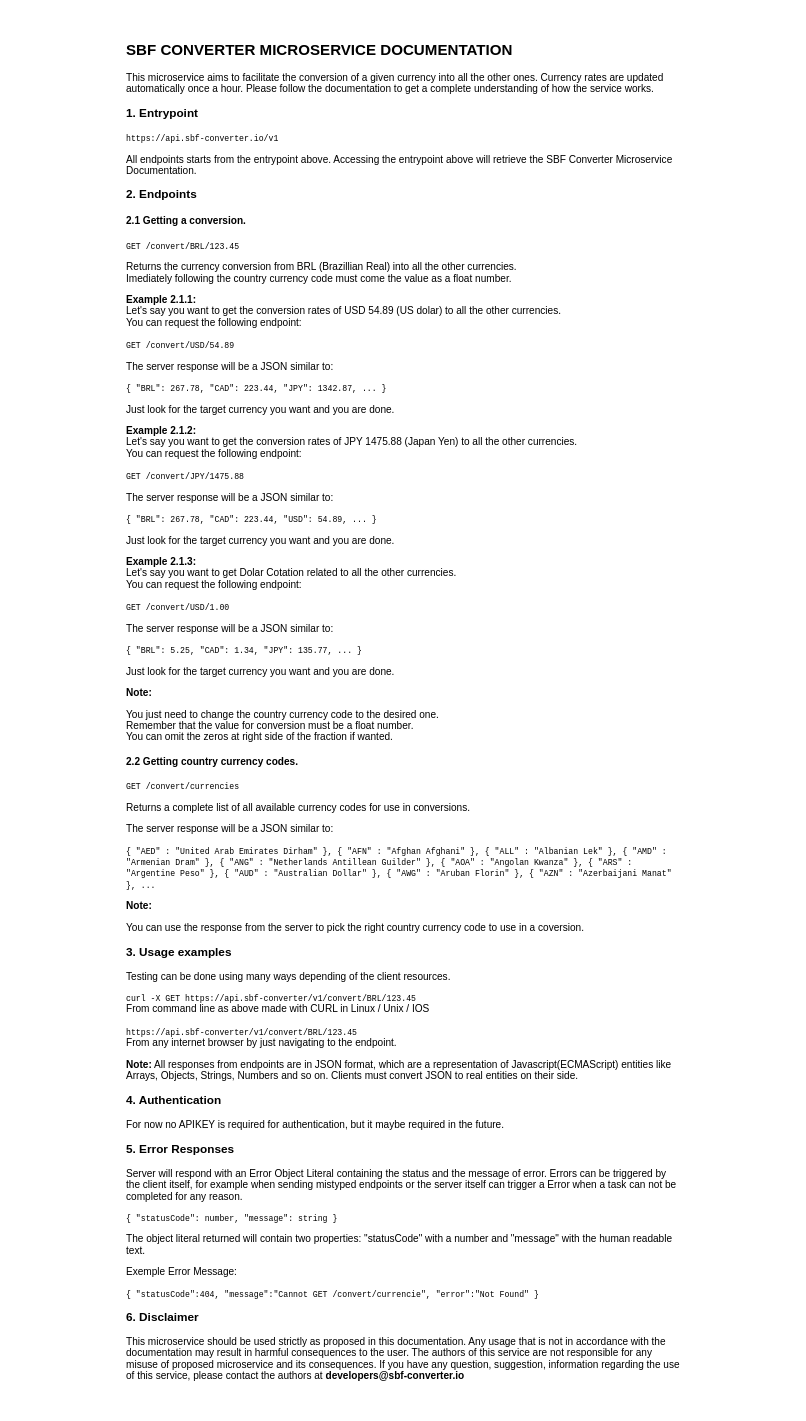
Repository: miguelamello/nestjs-restful-api
Page: documentation.html
The author's editor kept a copy of each file at every save. The page is drawn from the files as they stood at one save, then again after the next save.
The browser window is 1280 px wide. The pictures show the whole page, at 63% of full size.

Above is the page before, as saved 2023-03-23 11:48:58.

After the next save:
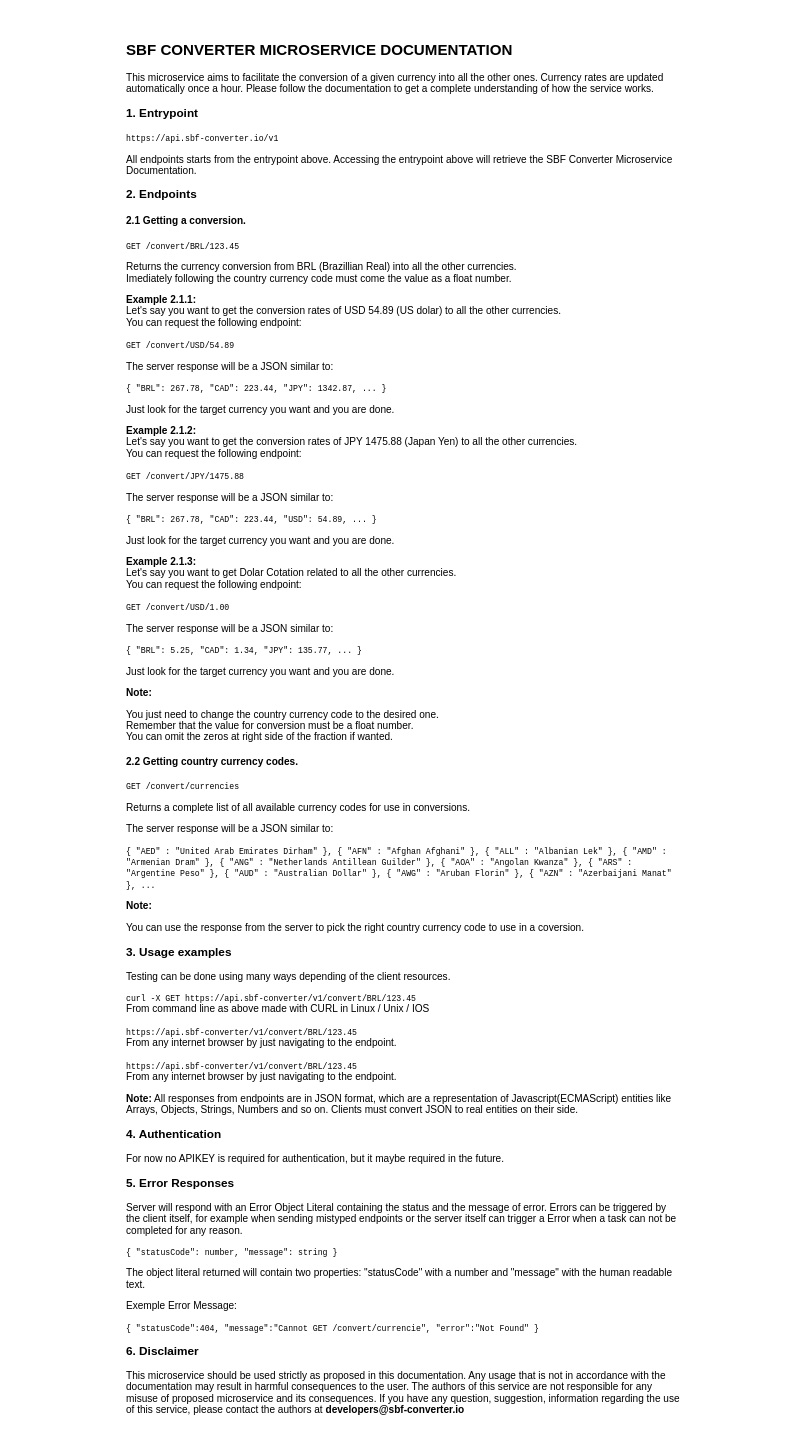
Saved 32 s later.
--- a/documentation.html
+++ b/documentation.html
@@ -117,6 +117,9 @@
   <br>
   <code>https://api.sbf-converter/v1/convert/BRL/123.45</code>
   <div>From any internet browser by just navigating to the endpoint.</div>
+  <br>
+  <code>https://api.sbf-converter/v1/convert/BRL/123.45</code>
+  <div>From any internet browser by just navigating to the endpoint.</div>
 
   <p>
     <b>Note:</b> All responses from endpoints are in JSON format, which are a
